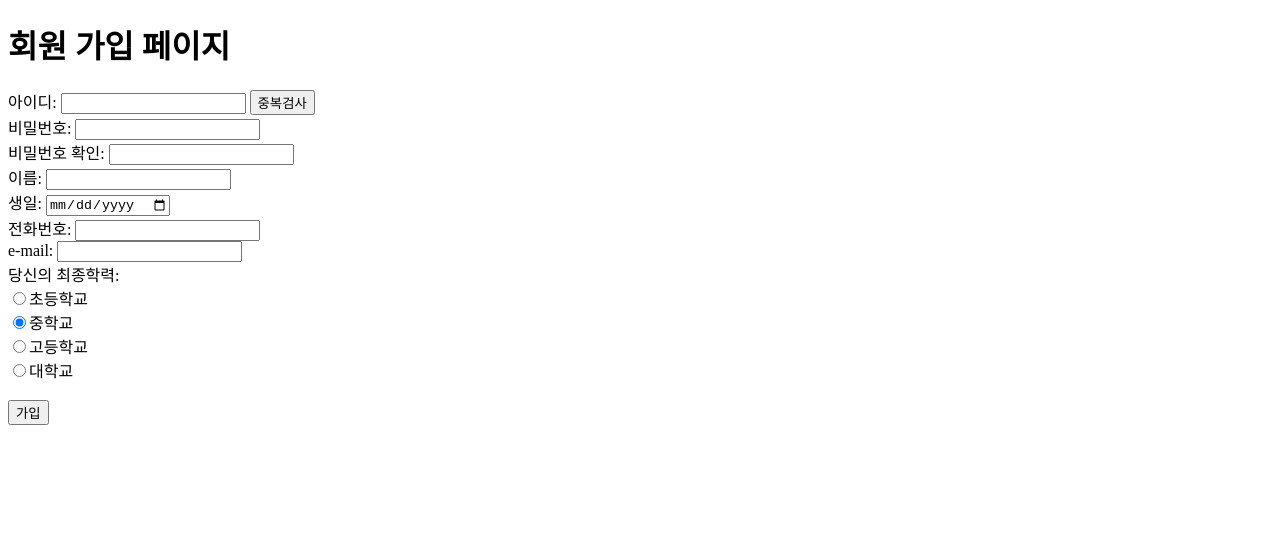
Repository: woneeseo/javastudy
Page: htmlStudy/workspace_html/HelloWorld/WebContent/d.html
The author's editor kept a copy of each file at every save. The page is drawn from the files as they stood at one save, then again after the next save.
The browser window is 1280 px wide. The pictures show the whole page.

Above is the page before, as saved 2020-12-07 00:53:33.

After the next save:
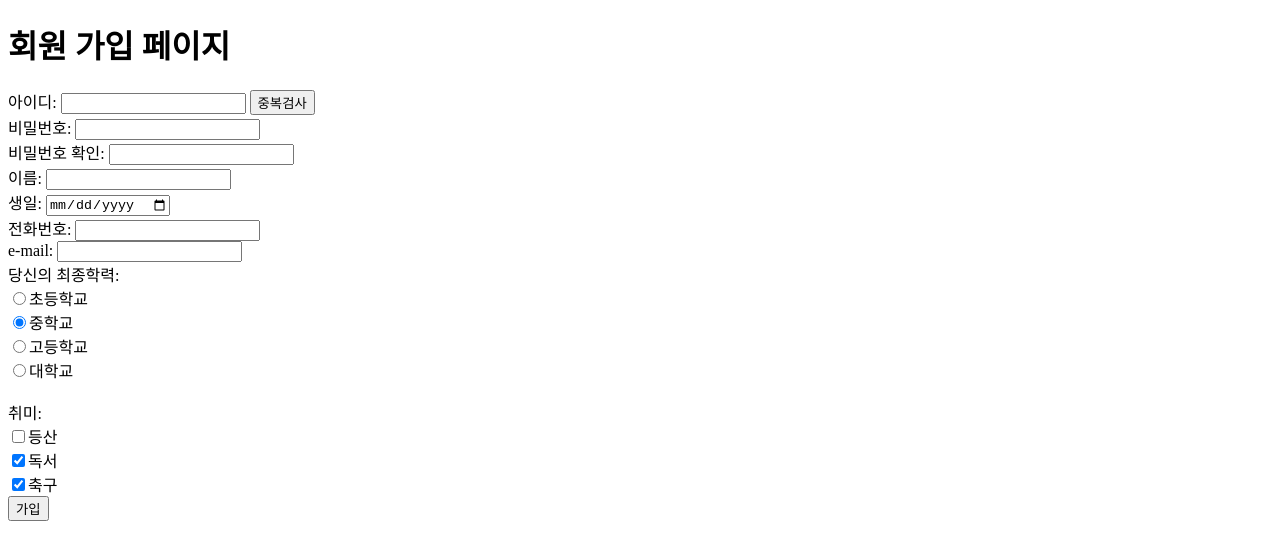
Saved 53 min 9 s later.
--- a/htmlStudy/workspace_html/HelloWorld/WebContent/d.html
+++ b/htmlStudy/workspace_html/HelloWorld/WebContent/d.html
@@ -57,6 +57,19 @@
 
 	<br>
 
+	<!-- 체크박스 넣기 -->
+	<!-- 여러가지 값이어도 한 항목에 있기 때문에 name은 동일하게 해줌 -->
+	<!-- 서버로 넘어가는 데이터는 <input></input>안에 있어야 함 -->
+	<!-- 주관식이 아닌 객관식(선택지)의 경우에는 value가 필요함 -->
+	<!-- 체크박스의 경우 다중 선택이 가능함 : checked속성을 여러개 넣어줘서 -->
+	<!-- 여러 항목이 선택 가능함을 알려준다. -->
+
+	<label>취미: </label><br>
+	<input type="checkbox" name="hobby" value="climb">등산<br>
+	<input type="checkbox" name="hobby" value="read" checked>독서<br>
+	<input type="checkbox" name="hobby" value="soccer" checked>축구<br>
+
+
 	<input type="submit" value="가입">
 	<!-- 웹사이트에서 입력받는 모든 값은 String형으로 저장된다 -->
 	<!-- parse()를 이용해서 자료형을 변경해 이용해줄 수 있다. -->
